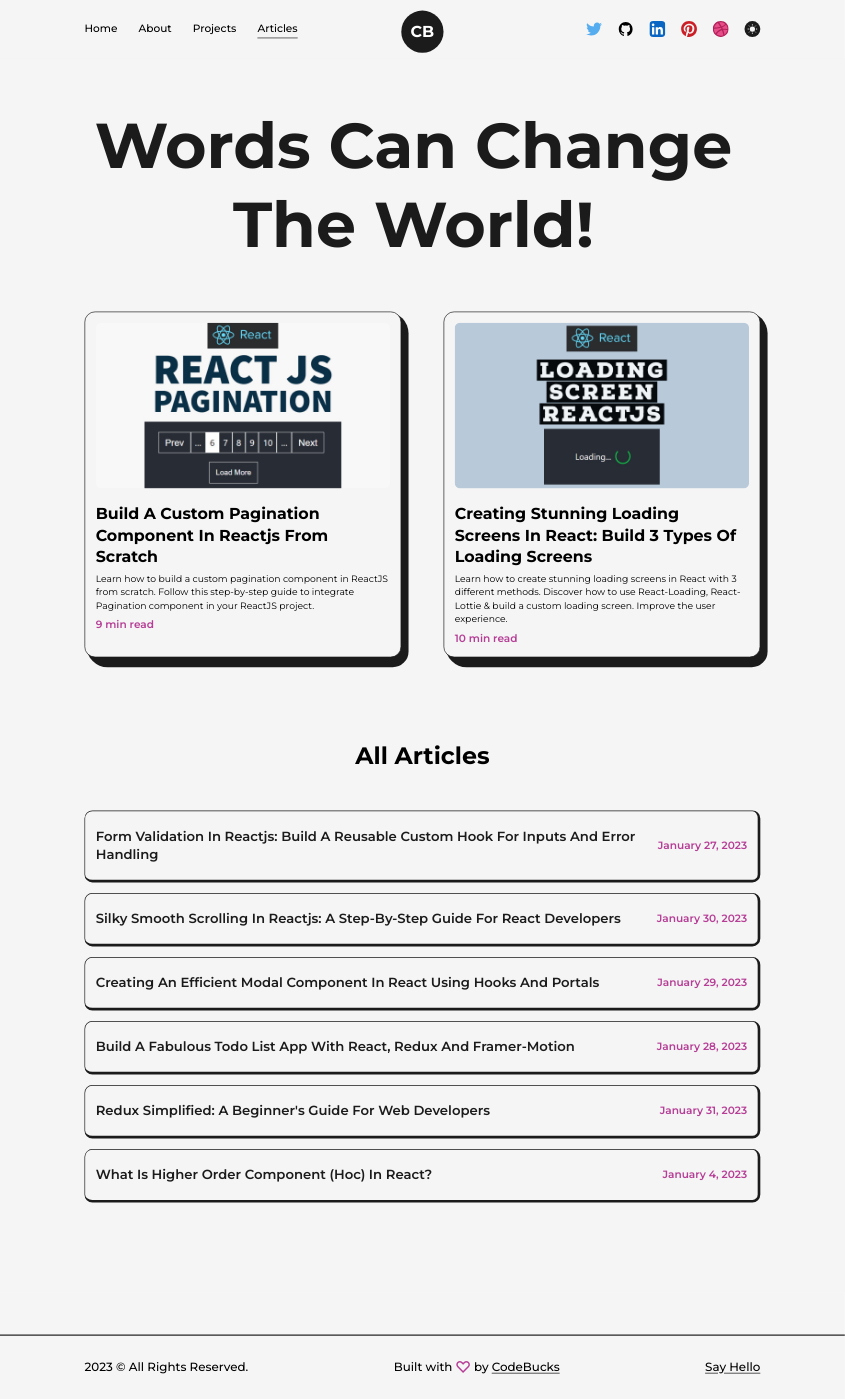
Repository: Paul2002feb/Kiattikhunphan_Resume
Page: /articles
The author's editor kept a copy of each file at every save. The page is drawn from the files as they stood at one save, then again after the next save.
The browser window is 1280 px wide. The pictures show the whole page, at 66% of full size.
The project was rebuilt for these pictures with package versions that can differ from the ones it lists, and the page was loaded fresh each time. The framework's server and built-in components were replaced by stand-ins that run in the browser. Also part of the build but not shown: next.config.js.

Above is the page before, as saved 2023-07-10 10:22:17.

### src/pages/_app.js
import Footer from "@/components/Footer";
import Navbar from "@/components/Navbar";
import "@/styles/globals.css";
import { AnimatePresence } from "framer-motion";
// pages/_app.js
import { Montserrat } from "next/font/google";
import Head from "next/head";
import { useRouter } from "next/router";

// If loading a variable font, you don't need to specify the font weight
const montserrat = Montserrat({ subsets: ["latin"], variable: "--font-mont" });

export default function App({ Component, pageProps }) {
  const router = useRouter();

  return (
    <>
      <Head>
        <meta name="viewport" content="width=device-width, initial-scale=1" />
        <link rel="icon" href="/favicon.ico" />
      </Head>
      <main
        className={`${montserrat.variable} font-mont  bg-light dark:bg-dark w-full min-h-screen h-full`}
      >
        <Navbar />
        <AnimatePresence initial={false} mode="wait">
          <Component key={router.asPath} {...pageProps} />
        </AnimatePresence>
        <Footer />
      </main>
    </>
  );
}

### src/pages/_document.js
import { Html, Head, Main, NextScript } from "next/document";
import Script from "next/script";

export default function Document() {
  return (
    <Html lang="en">
      <Head />
      <body>
        <Script id="theme-switcher" strategy="beforeInteractive">
        {`
 if (
  localStorage.getItem('theme') === 'dark' ||
  (!('theme' in localStorage) &&
    window.matchMedia('(prefers-color-scheme: dark)').matches)
) {
  document.documentElement.classList.add('dark');
} else {
  document.documentElement.classList.remove('dark');
}
  `}
        </Script>
        <Main />
        <NextScript />
      </body>
    </Html>
  );
}

### src/pages/articles.js
import AnimatedText from "@/components/AnimatedText";
import { motion, useMotionValue } from "framer-motion";
import Head from "next/head";
import Image from "next/image";
import blog1 from "../../public/images/articles/pagination component in reactjs.jpg";
import blog2 from "../../public/images/articles/create loading screen in react js.jpg";
import blog3 from "../../public/images/articles/form validation in reactjs using custom react hook.png";
import blog4 from "../../public/images/articles/smooth scrolling in reactjs.png";
import blog5 from "../../public/images/articles/create modal component in react using react portals.png";
import blog6 from "../../public/images/articles/todo list app built using react redux and framer motion.png";
import blog7 from "../../public/images/articles/What is Redux with easy explanation.png";
import blog8 from "../../public/images/articles/What is higher order component in React.jpg";

import Layout from "@/components/Layout";
import Link from "next/link";
import { useRef } from "react";
import TransitionEffect from "@/components/TransitionEffect";

const FramerImage = motion(Image);

const MovingImg = ({ title, img, link }) => {
  const x = useMotionValue(0);
  const y = useMotionValue(0);
  const imgRef = useRef(null);

  function handleMouse(event) {
    imgRef.current.style.display = "inline-block";
    x.set(event.pageX);
    y.set(-10);
  }

  function handleMouseLeave(event) {
    imgRef.current.style.display = "none";
    x.set(0);
    y.set(0);
  }
  return (
    <>
      <Link
        href={link}
        target={"_blank"}
        className="relative"
        onMouseMove={handleMouse}
        onMouseLeave={handleMouseLeave}
      >
        <h2 className="capitalize text-xl font-semibold hover:underline dark:text-light md:text-lg xs:text-base">
          {title}
        </h2>
        <FramerImage
          src={img}
          ref={imgRef}
          alt={title}
          className="w-96 h-auto z-10 hidden absolute rounded-lg md:!hidden"
          initial={{ opacity: 0 }}
          whileInView={{ opacity: 1, transition: { duration: 0.2 } }}
          style={{
            x: x,
            y: y,
          }}
          sizes="(max-width: 768px) 60vw,
              (max-width: 1200px) 40vw,
              33vw"
        />
      </Link>
    </>
  );
};

const Article = ({ img, title, date, link }) => {
  return (
    <motion.li
      initial={{ y: 200 }}
      whileInView={{ y: 0, transition: { duration: 0.5, ease: "easeInOut" } }}
      viewport={{ once: true }}
      className="relative w-full p-4 py-6 my-2 rounded-xl flex sm:flex-col items-center justify-between
      bg-light text-dark first:mt-0 border border-solid border-dark
      border-r-4 border-b-4 dark:bg-dark dark:border-light
      "
    >
      <MovingImg img={img} title={title} link={link} />
      <span className="text-primary font-semibold dark:text-primaryDark min-w-max pl-4 sm:self-start
      sm:pl-0 xs:text-sm">
        {date}
      </span>
    </motion.li>
  );
};

const FeaturedArticle = ({ img, title, time, summary, link }) => {
  return (
    <li className="relative w-full p-4 col-span-1 bg-light border border-dark border-solid rounded-2xl
    dark:bg-dark dark:border-light">
      <div
        className="absolute  top-0 -right-3 w-[102%] h-[103%] rounded-[2rem]  rounded-br-3xl bg-dark
        -z-10  "
      />
      <Link
        href={link}
        target={"_blank"}
        className="inline-block rounded-lg overflow-hidden w-full"
      >
        <FramerImage
          src={img}
          alt={title}
          className="w-full h-auto"
          whileHover={{ scale: 1.05 }}
          transition={{ duration: 0.2 }}
          sizes="100vw"
          priority
        />
      </Link>

      <Link href={link} target={"_blank"}>
        <h2 className="capitalize text-2xl font-bold my-2 mt-4 hover:underline xs:text-lg">
          {title}
        </h2>
      </Link>
      <p className="text-sm  mb-2">{summary}</p>
      <span className="text-primary font-semibold dark:text-primaryDark">
        {time}
      </span>
    </li>
  );
};

export default function Articles() {
  return (
    <>
      <Head>
        <title>Simple Portfolio Built with Nextjs | Articles Page</title>
        <meta name="description" content="Browse through CodeBucks's collection of software engineering articles and
        tutorials on Next.js, React.js, web development, and more.
        Gain valuable insights and stay up-to-date with SEO tips for building a developer portfolio." />
      </Head>
      <TransitionEffect />
      <main
        className={`w-full mb-16 flex flex-col items-center justify-center dark:text-light overflow-hidden`}
      >
        <Layout className="pt-16">
          <AnimatedText
            text="Words Can Change the World!"
            className="!text-8xl !leading-tight mb-16 lg:!text-7xl sm:!text-6xl xs:!text-4xl sm:mb-8"
          />

          <ul className="grid grid-cols-2 gap-16 lg:gap-8 md:grid-cols-1 md:gap-y-16">
            <FeaturedArticle
              img={blog1}
              title="build a custom pagination component in reactjs from scratch"
              time="9 min read"
              summary="Learn how to build a custom pagination component in ReactJS from scratch. Follow this
              step-by-step guide to integrate Pagination component in your ReactJS project."
              link="https://devdreaming.com/blogs/create-pagination-component-reactjs"
            />

            <FeaturedArticle
              img={blog2}
              title="creating stunning loading screens in react: Build 3 types of loading screens"
              time="10 min read"
              summary="Learn how to create stunning loading screens in React with 3 different methods.
              Discover how to use React-Loading, React-Lottie & build a custom loading screen. Improve the
              user experience."
              link="https://devdreaming.com/blogs/create-3-different-types-of-loading-screens-in-react"
            />
          </ul>

          <h2 className="font-bold text-4xl w-full text-center mt-32 my-16">
            All Articles
          </h2>

          <ul className="flex flex-col items-center relative">
            <Article
              title="form validation in reactjs: build a reusable custom hook for inputs and error handling"
              img={blog3}
              date="January 27, 2023"
              link="https://devdreaming.com/blogs/react-form-validation-custom-hook"
            />
            <Article
              title="silky smooth scrolling in reactjs: a step-by-step guide for react developers"
              img={blog4}
              date="January 30, 2023"
              link="https://devdreaming.com/blogs/smooth-scrolling-in-react-js"
            />
            <Article
              title="creating an efficient modal component in react using hooks and portals"
              img={blog5}
              date="January 29, 2023"
              link="https://devdreaming.com/blogs/create-efficient-modal-react-portals"
            />
            <Article
              title="build a fabulous todo list app with react, redux and framer-motion"
              img={blog6}
              date="January 28, 2023"
              link="https://devdreaming.com/blogs/build-react-redux-framer-motion-todo-app"
            />
            <Article
              title="redux simplified: a beginner's guide for web developers"
              img={blog7}
              date="January 31, 2023"
              link="https://devdreaming.com/blogs/redux-simply-explained"
            />
            <Article
              title="what is higher order component (hoc) in react?"
              date="January 4, 2023"
              img={blog8}
              link="https://devdreaming.com/blogs/higher-order-component-hoc-react"
            />
          </ul>
        </Layout>
      </main>
    </>
  );
}

### src/components/Footer.js
import Link from "next/link";
import React from "react";
import Layout from "./Layout";

const Footer = () => {
  return (
    <footer
      className="w-full border-t-2 border-solid border-dark
    font-medium text-lg dark:text-light dark:border-light sm:text-base
    "
    >
      <Layout className="py-8 flex items-center justify-between lg:flex-col lg:py-6">
        <span>{new Date().getFullYear()} &copy; All Rights Reserved.</span>

        <div className="flex items-center lg:py-2">
          Built with <span className="text-primary text-2xl px-1 dark:text-primaryDark">&#9825;	</span> by&nbsp;
          <Link
            href="https://devdreaming.com"
            target="_blank"
            className="underline underline-offset-2"
          >
            CodeBucks
          </Link>
        </div>

        <Link
          href="https://devdreaming.com/about"
          target="_blank"
          className="underline underline-offset-2"
        >
          Say Hello
        </Link>
      </Layout>
    </footer>
  );
};

export default Footer;

### src/components/AnimatedText.js
import { motion } from "framer-motion";
import React from "react";

const quote = {
  hidden: {
    opacity: 1,
  },
  visible: {
    opacity: 1,
    transition: {
      delay: 0.5,
      staggerChildren: 0.08,
    },
  },
};

const singleWord = {
  hidden: {
    opacity: 0,
    y: 50,
  },
  visible: {
    opacity: 1,
    y: 0,
    transition: {
      duration: 1,
    },
  },
};

const AnimatedText = ({ text, className = "" }) => {
  return (
    <div className="py-2 w-full mx-auto flex flex-col items-center justify-center  text-center
    overflow-hidden sm:py-0">
      <motion.h1
        className={`inline-block text-dark dark:text-light
      text-8xl font-bold w-full capitalize  ${className} xl:text-6xl`}
        variants={quote}
        initial="hidden"
        animate="visible"
      >
        {text.split(" ").map((char, index) => {
          return (
            <motion.span
              className="inline-block"
              key={char + "-" + index}
              variants={singleWord}
            >
              {char}&nbsp;
            </motion.span>
          );
        })}
      </motion.h1>
    </div>
  );
};

export default AnimatedText;

### src/components/Layout.js
import React from "react";

const Layout = ({ children, className = "" }) => {
  return (
    <div
      className={`z-0 inline-block h-full w-full bg-light p-32 dark:bg-dark xl:p-24 lg:p-16
      md:p-12 sm:p-8 ${className}`}
    >
      {children}
    </div>
  );
};

export default Layout;

### src/components/TransitionEffect.js
import { motion } from "framer-motion";
import React from "react";

const TransitionEffect = () => {
  return (
    <>
      <motion.div
        className="fixed top-0 bottom-0 right-full w-screen h-screen z-30 bg-primary"
        initial={{ x: "100%", width: "100%" }}
        animate={{ x:"0%", width:"0%" }}
        exit={{x:["0%", "100%"], width:["0%","100%"]}}
        transition={{ duration: 0.8, ease: "easeInOut" }}
      />
      <motion.div
        className="fixed top-0 bottom-0 right-full w-screen h-screen z-20 bg-light dark:bg-dark"
        initial={{ x: "100%", width: "100%" }}
        animate={{ x: "0%", width: "0%" }}
        transition={{ delay: 0.2, duration: 0.8, ease: "easeInOut" }}
      />
      <motion.div
        className="fixed top-0 bottom-0 right-full w-screen h-screen z-10 bg-dark dark:bg-light"
        initial={{ x: "100%", width: "100%" }}
        animate={{ x: "0%", width: "0%" }}
        transition={{ delay: 0.4, duration: 0.8, ease: "easeInOut" }}
      />
    </>
  );
};

export default TransitionEffect;

### src/components/Logo.js
import { motion } from 'framer-motion'
import Link from 'next/link'
import React from 'react'


let MotionLink = motion(Link);

const Logo = () => {

  return (
    <div
     className='flex flex-col items-center justify-center mt-2'>
        <MotionLink href="/"
    className='flex items-center justify-center rounded-full w-16 h-16  bg-dark text-white dark:border-2 dark:border-solid dark:border-light
    text-2xl font-bold'
    whileHover={{
      backgroundColor:["#121212", "rgba(131,58,180,1)","rgba(253,29,29,1)","rgba(252,176,69,1)","rgba(131,58,180,1)", "#121212"],
      transition:{duration:1, repeat: Infinity }
    }}
    >CB</MotionLink>
    </div>
  )
}

export default Logo

### src/components/Hooks/useThemeSwitch.js
import React, { useState, useEffect } from "react";

export function useThemeSwitch() {
  const preferDarkQuery = "(prefers-color-scheme: dark)";
  const [mode, setMode] = useState("");

  useEffect(() => {
    const mediaQuery = window.matchMedia(preferDarkQuery);
    const userPref = window.localStorage.getItem("theme");

    const handleChange = () => {
      if (userPref) {
        let check = userPref === "dark" ? "dark" : "light";
        setMode(check);
        if (check === "dark") {
          document.documentElement.classList.add("dark");
        } else {
          document.documentElement.classList.remove("dark");
        }
        return check;
      } else {
        setMode(mediaQuery.matches ? "dark" : "light");
        window.localStorage.setItem(
          "theme",
          mediaQuery.matches ? "dark" : "light"
        );
        if (mediaQuery.matches) {
          document.documentElement.classList.add("dark");
        } else {
          document.documentElement.classList.remove("dark");
        }
        return window.matchMedia(preferDarkQuery).matches ? "dark" : "light";
      }
    };

    handleChange();

    mediaQuery.addEventListener("change", handleChange);
    return () => mediaQuery.removeEventListener("change", handleChange);
  }, []);

  useEffect(() => {
    if (mode === "dark") {
      document.documentElement.classList.add("dark");
      window.localStorage.setItem("theme", "dark");
    }

    if (mode === "light") {
      document.documentElement.classList.remove("dark");
      window.localStorage.setItem("theme", "light");
    }
  }, [mode]);

  // we're doing it this way instead of as an effect so we only
  // set the localStorage value if they explicitly change the default
  return [mode, setMode];
}

### tailwind.config.js
/** @type {import('tailwindcss').Config} */
const { fontFamily } = require("tailwindcss/defaultTheme");

module.exports = {
  content: [
    "./app/**/*.{js,ts,jsx,tsx}",
    "./pages/**/*.{js,ts,jsx,tsx}",
    "./components/**/*.{js,ts,jsx,tsx}",
    // Or if using `src` directory:
    "./src/**/*.{js,ts,jsx,tsx}",
  ],
  darkMode: "class",
  theme: {
    extend: {
      fontFamily: {
        mont: ["var(--font-mont)", ...fontFamily.sans],
      },
      colors: {
        dark: "#1b1b1b",
        light: "#f5f5f5",
        primary: "#B63E96", // 240,86,199 #F056C7
        primaryDark: "#58E6D9", // 80,230,217
      },
      animation: {
        "spin-slow": "spin 8s linear infinite",
      },
      backgroundImage: {
        circularLight:
          "repeating-radial-gradient(rgba(0,0,0,0.4) 2px,#f5f5f5 5px,#f5f5f5 100px)",
        circularDark:
          "repeating-radial-gradient(rgba(255,255,255,0.5) 2px,#1b1b1b 8px,#1b1b1b 100px)",
        circularLightLg:
          "repeating-radial-gradient(rgba(0,0,0,0.4) 2px,#f5f5f5 5px,#f5f5f5 80px)",

        circularDarkLg:
          "repeating-radial-gradient(rgba(255,255,255,0.5) 2px,#1b1b1b 8px,#1b1b1b 80px)",
        circularLightMd:
          "repeating-radial-gradient(rgba(0,0,0,0.4) 2px,#f5f5f5 5px,#f5f5f5 60px)",

        circularDarkMd:
          "repeating-radial-gradient(rgba(255,255,255,0.5) 2px,#1b1b1b 8px,#1b1b1b 60px)",

        circularLightSm:
          "repeating-radial-gradient(rgba(0,0,0,0.4) 2px,#f5f5f5 5px,#f5f5f5 40px)",

        circularDarkSm:
          "repeating-radial-gradient(rgba(255,255,255,0.5) 2px,#1b1b1b 8px,#1b1b1b 40px)",
      },
      boxShadow: {
        "3xl": "0 15px 15px 1px rgba(80,230,217, 0.4)",
      },
    },
    screens: {
      "2xl": { max: "1535px" },
      // => @media (max-width: 1535px) { ... }

      xl: { max: "1279px" },
      // => @media (max-width: 1279px) { ... }

      lg: { max: "1023px" },
      // => @media (max-width: 1023px) { ... }

      md: { max: "767px" },
      // => @media (max-width: 767px) { ... }

      sm: { max: "639px" },
      // => @media (max-width: 639px) { ... }

      xs: { max: "479px" },
      // => @media (max-width: 479px) { ... }
    },
  },
  plugins: [
    function ({ addVariant }) {
      addVariant("child", "& > *");
      addVariant("child-hover", "& > *:hover");
    },
  ],
};

Loaded but not shown: src/styles/globals.css (common file); src/components/Icons.js (463 lines, source omitted); src/components/Navbar.js (265 lines, source omitted)

After the next save:
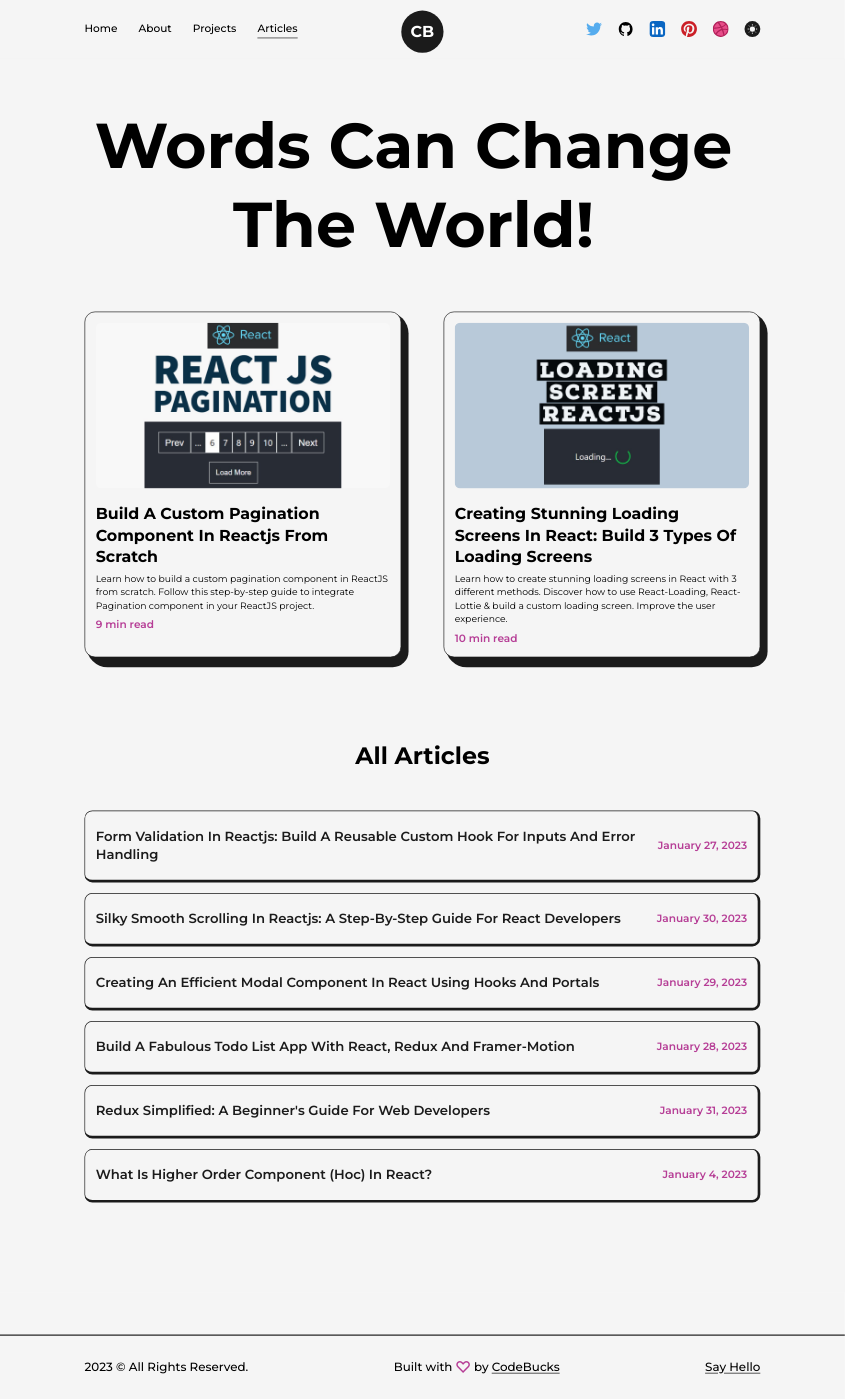
Saved 44 days later.
--- a/src/components/AnimatedText.js
+++ b/src/components/AnimatedText.js
@@ -1,25 +1,21 @@
-import { motion } from "framer-motion";
 import React from "react";
+import { motion, stagger } from "framer-motion";
 
+//animated the "Turning vision part" this makes it appear in 1s
 const quote = {
-  hidden: {
-    opacity: 1,
-  },
-  visible: {
+  initial: { opacity: 1 },
+  animate: {
     opacity: 1,
     transition: {
-      delay: 0.5,
-      staggerChildren: 0.08,
+      delay: 0.3,
+      staggerChildren: 0.1,
     },
   },
 };
 
 const singleWord = {
-  hidden: {
-    opacity: 0,
-    y: 50,
-  },
-  visible: {
+  initial: { opacity: 0, y: 50 },
+  animate: {
     opacity: 1,
     y: 0,
     transition: {
@@ -28,28 +24,29 @@ const singleWord = {
   },
 };
 
+// 2 inputs text and className
 const AnimatedText = ({ text, className = "" }) => {
   return (
-    <div className="py-2 w-full mx-auto flex flex-col items-center justify-center  text-center
-    overflow-hidden sm:py-0">
+    <div className="w-full mx-auto py-2 flex items-center justify-center text-center overflow-hidden sm:py-0">
       <motion.h1
-        className={`inline-block text-dark dark:text-light
-      text-8xl font-bold w-full capitalize  ${className} xl:text-6xl`}
+        className={`text-8x1 inline-block w-full text-green font-bold capitalize text-8xl dark:text-light ${className}`}
         variants={quote}
-        initial="hidden"
-        animate="visible"
+        // initial and animate take the values above
+        initial="initial"
+        animate="animate"
       >
-        {text.split(" ").map((char, index) => {
-          return (
-            <motion.span
-              className="inline-block"
-              key={char + "-" + index}
-              variants={singleWord}
-            >
-              {char}&nbsp;
-            </motion.span>
-          );
-        })}
+        {text.split(" ").map((word, index) => (
+          <motion.span
+            key={word + "_" + index}
+            className="inline-block"
+            variants={singleWord}
+            // no need to initialize this.
+            // initial="initial"
+            // animate="animate"
+          >
+            {word}&nbsp;
+          </motion.span>
+        ))}
       </motion.h1>
     </div>
   );
